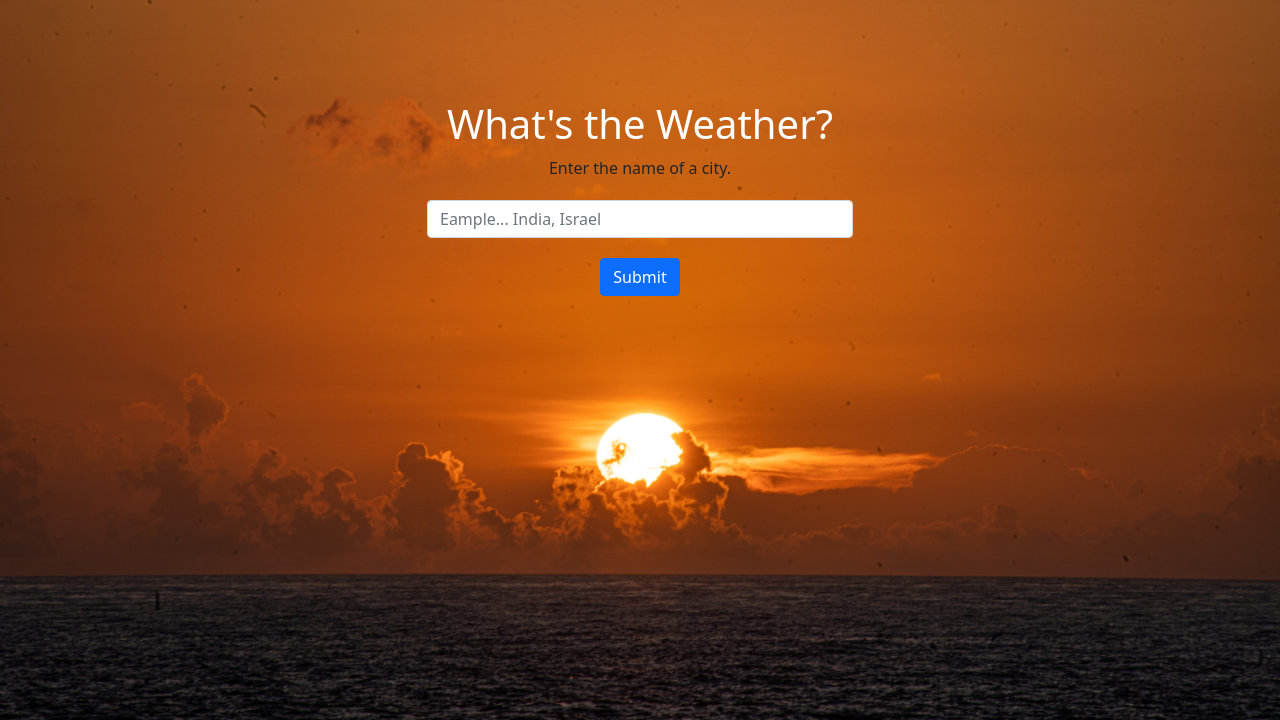
Repository: Ashwin1510/php_projectgh
Page: http://localhost/weather_scrapper.php
The author's editor kept a copy of each file at every save. The page is drawn from the files as they stood at one save, then again after a run of saves.
The browser window is 1280 px wide. The pictures show the whole page.
The page is run by PHP 8.4 with error messages shown; the project is at /var/www/html/.

Above is the page before, as saved 2022-12-16 10:50:26.

After the next 2 saves:
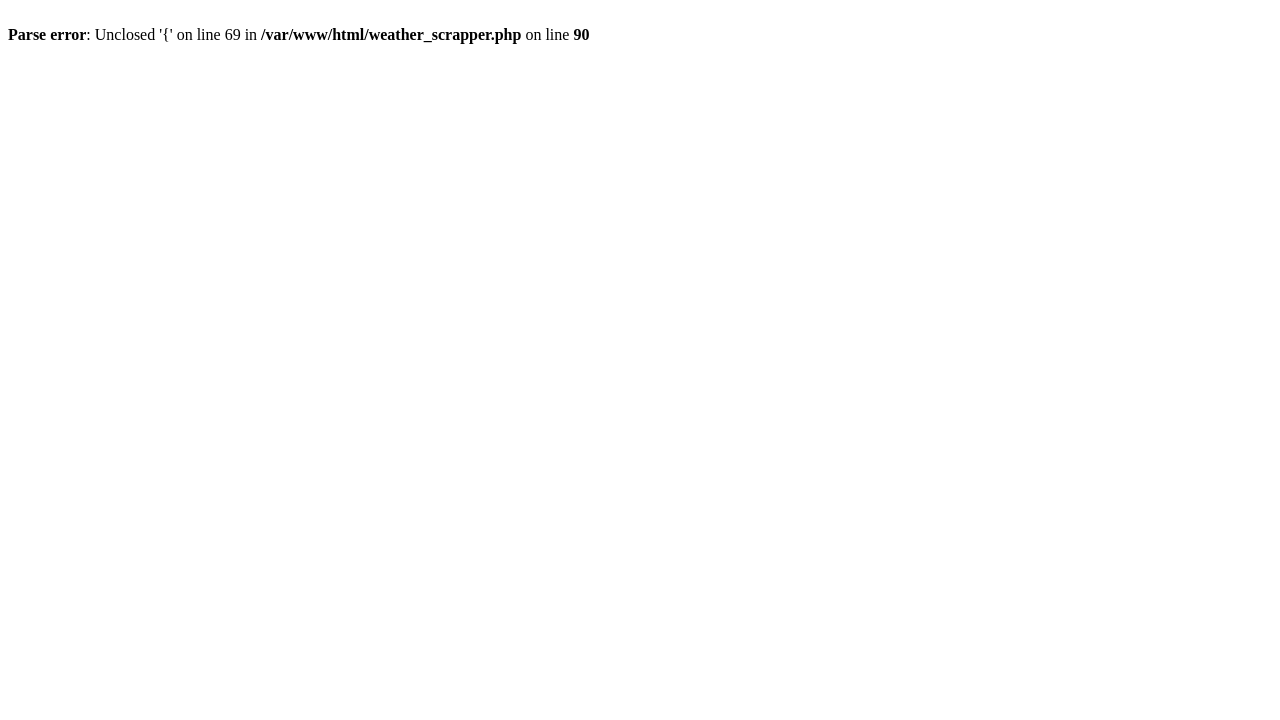
The 2 saves are shown as one change because they came seconds apart.
The last was saved 8 s later.
--- a/weather_scrapper.php
+++ b/weather_scrapper.php
@@ -68,8 +68,7 @@
                 placeholder="Eample... India, Israel"
                 value="<?php                                                                                                                      if (array_key_exists('city', $_GET)) {
                                                                                                                                 echo $_GET['city'];
-                                                                                                                            }
-                                                                                                                            ?>">
+                                                                                                                  ?>">
             </fieldset>
             <button type="submit" class="btn btn-primary">Submit</button>
         </form>

After the save that followed:
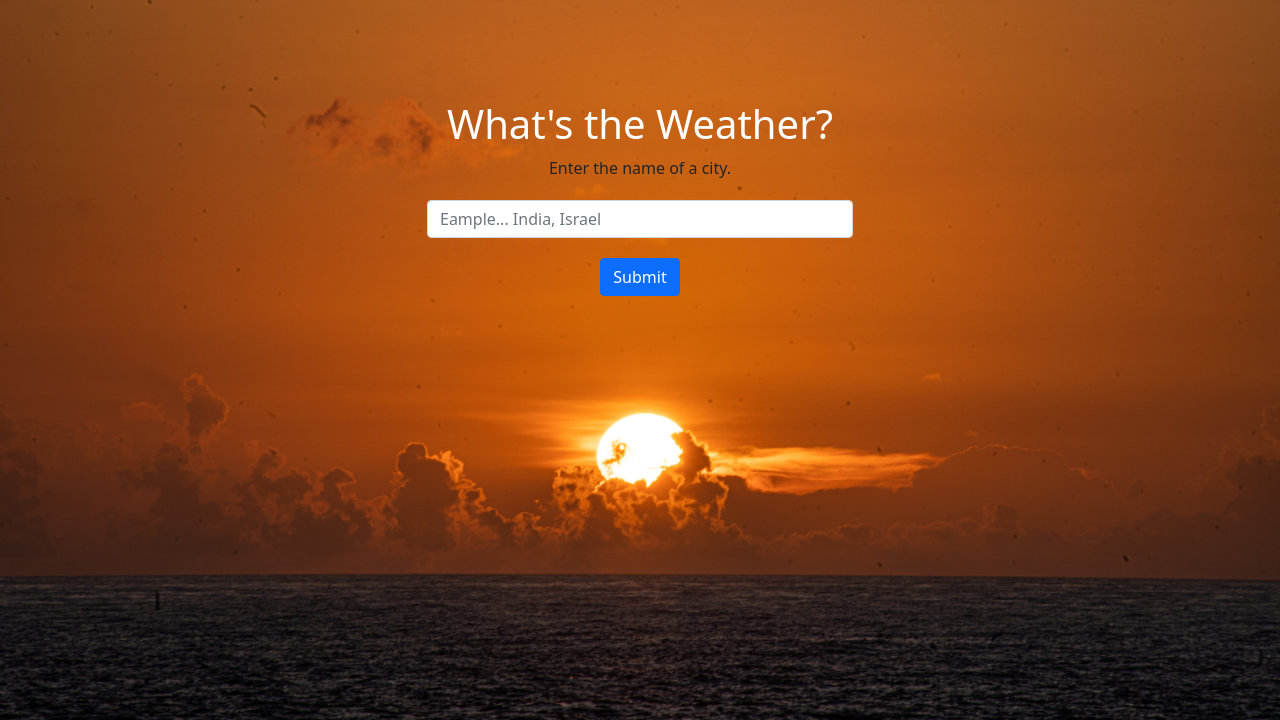
Saved 6 s later.
--- a/weather_scrapper.php
+++ b/weather_scrapper.php
@@ -68,6 +68,7 @@
                 placeholder="Eample... India, Israel"
                 value="<?php                                                                                                                      if (array_key_exists('city', $_GET)) {
                                                                                                                                 echo $_GET['city'];
+                                                                                                                            }
                                                                                                                   ?>">
             </fieldset>
             <button type="submit" class="btn btn-primary">Submit</button>
